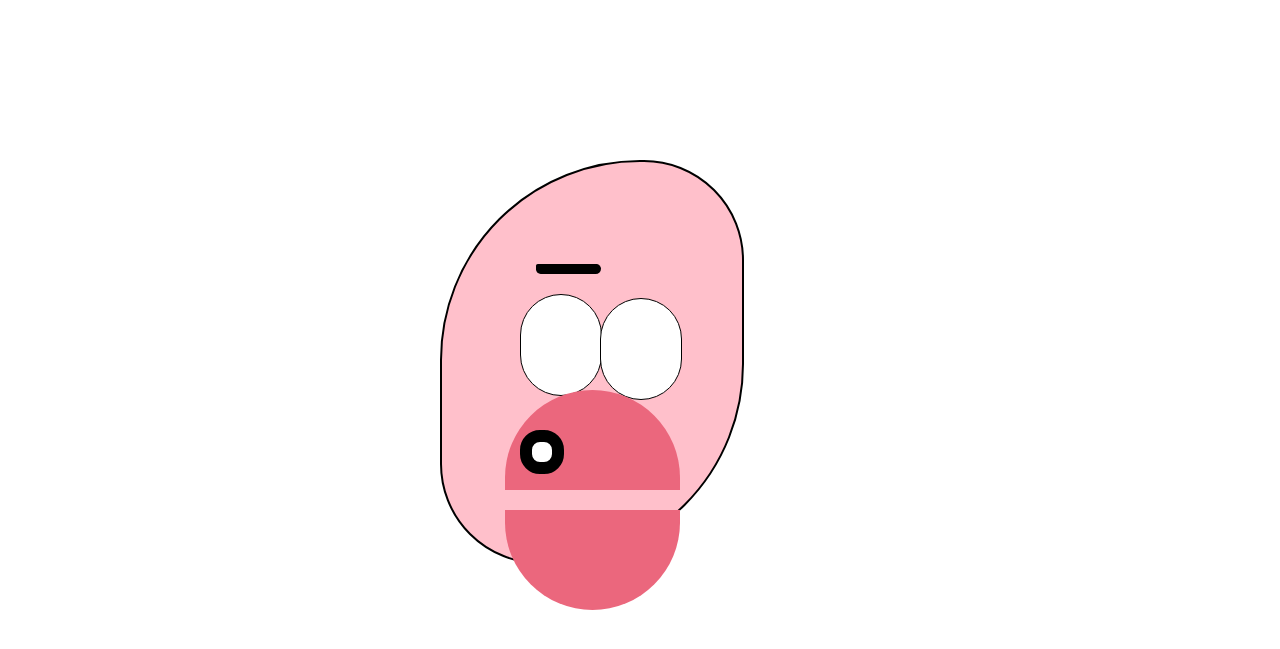
Repository: rodwestmoreland/1150
Page: cssCritter/index.html
An editor plug-in stored every save of this project. The page is shown before and after the next save, followed by the edit.
The browser window is 1280 px wide. The pictures show the whole page.

Above is the page before, as saved 2021-01-25 20:35:36.

After the next save:
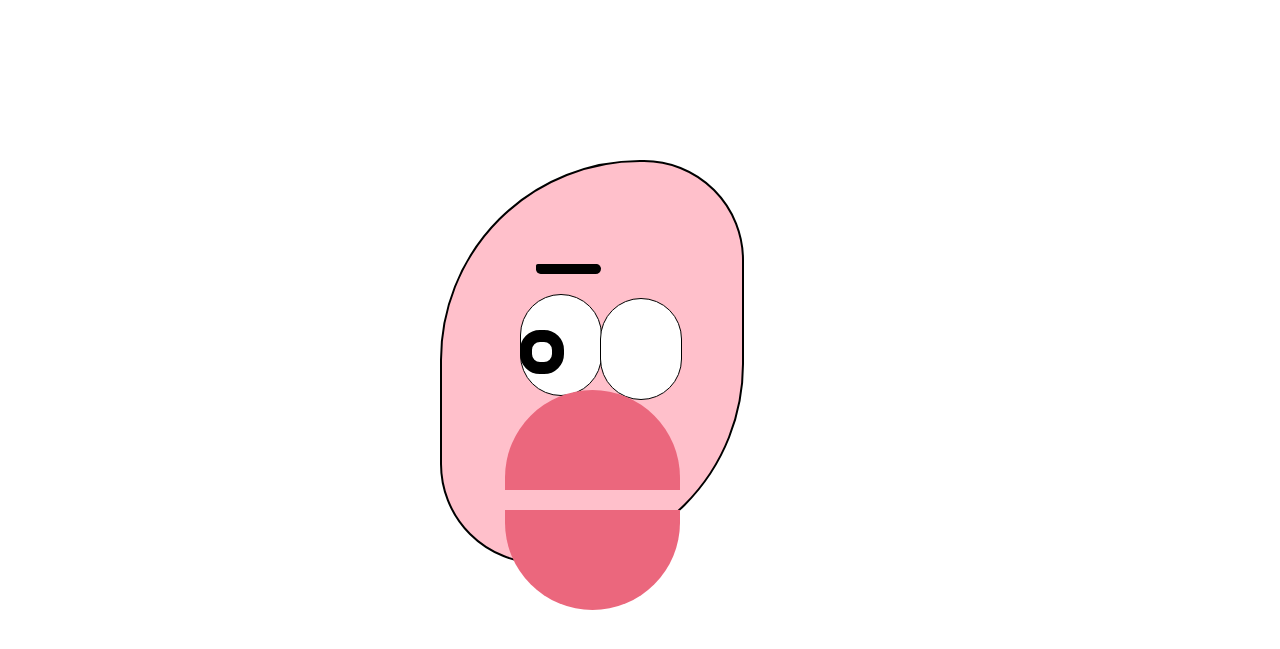
Saved 7 s later.
--- a/cssCritter/style.css
+++ b/cssCritter/style.css
@@ -32,7 +32,7 @@
     border: solid 12px #000;
     background-color: #fff;
     border-radius: 20px;
-    margin-top: -180px;
+    margin-top: -280px;
     margin-left: 5em;
     z-index: 3;
   }
